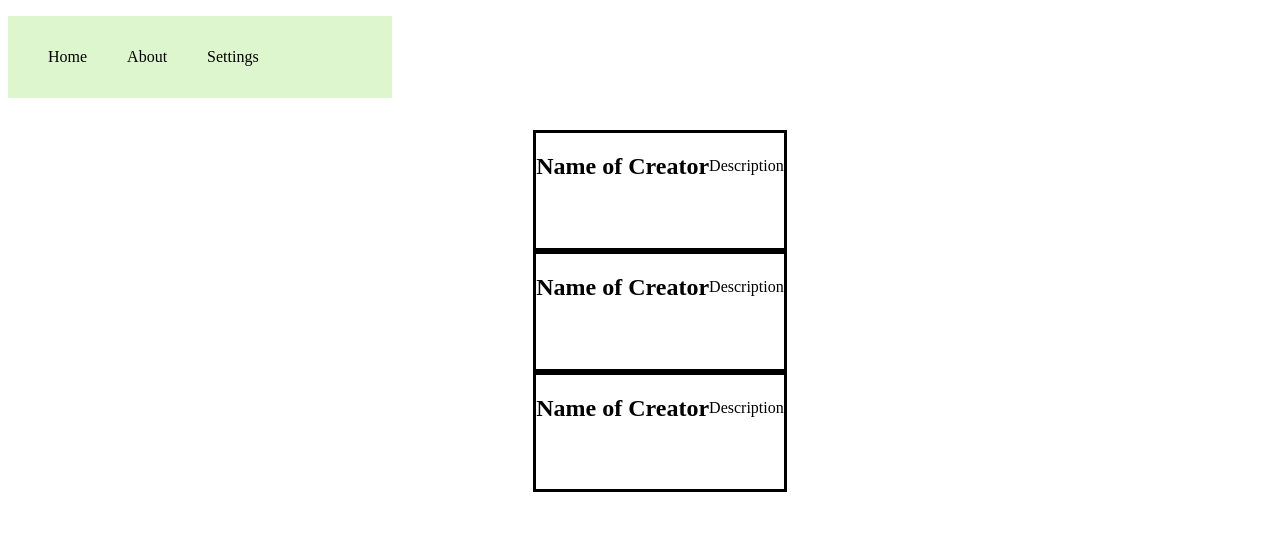
Repository: k8ANStar/Questify
Page: /About
An editor plug-in stored every save of this project. The page is shown before and after the next save, followed by the edit.
The browser window is 1280 px wide. The pictures show the whole page.
The project was rebuilt for these pictures with package versions that can differ from the ones it lists, and the page was loaded fresh each time. The framework's server and built-in components were replaced by stand-ins that run in the browser. Also part of the build but not shown: next.config.mjs.

Above is the page before, as saved 2024-03-24 21:54:29.

After the next save:
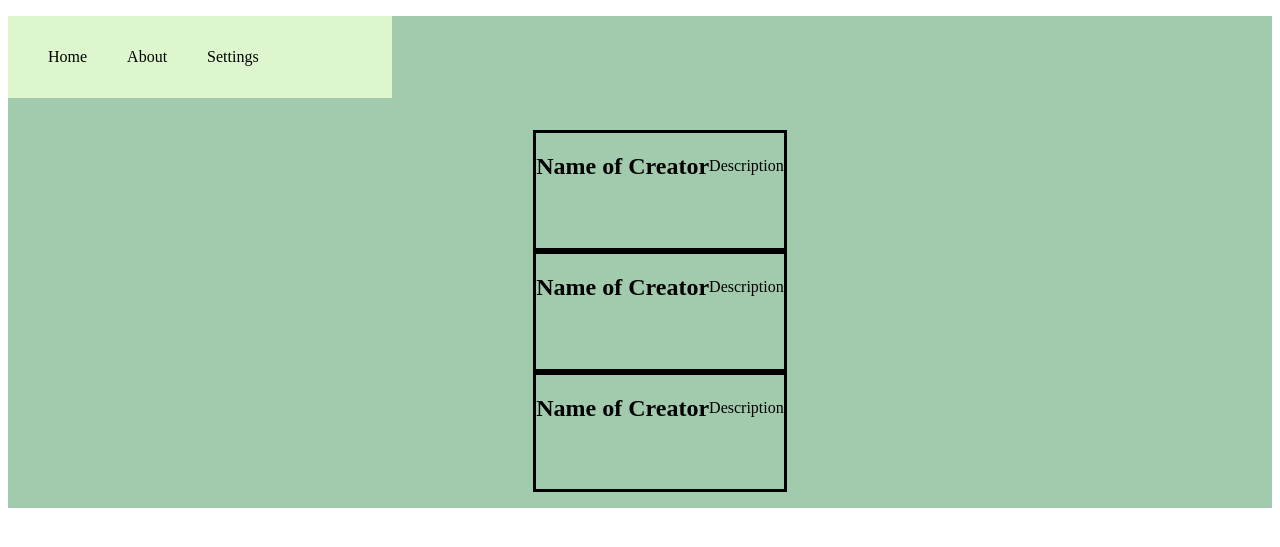
Saved 8 s later.
--- a/styles/About.module.css
+++ b/styles/About.module.css
@@ -7,3 +7,8 @@
 .list {
 	list-style-type: none;
 }
+
+.aboutPage {
+background-color: rgb(162, 202, 173);
+
+}
